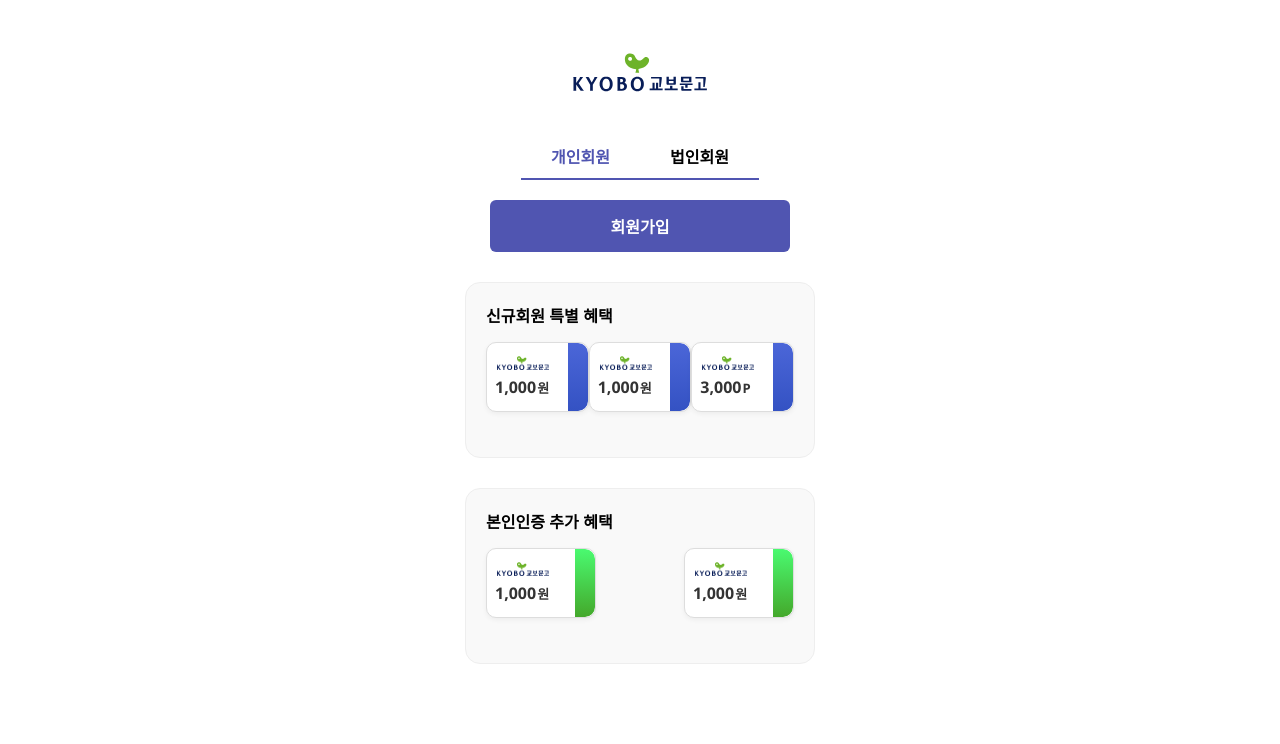
Repository: Yundanbi/Kyobo
Page: kyobo/src/main/webapp/sign up.html
The author's editor kept a copy of each file at every save. The page is drawn from the files as they stood at one save, then again after the next save.
The browser window is 1280 px wide. The pictures show the whole page.

Above is the page before, as saved 2025-06-16 00:57:50.

After the next save:
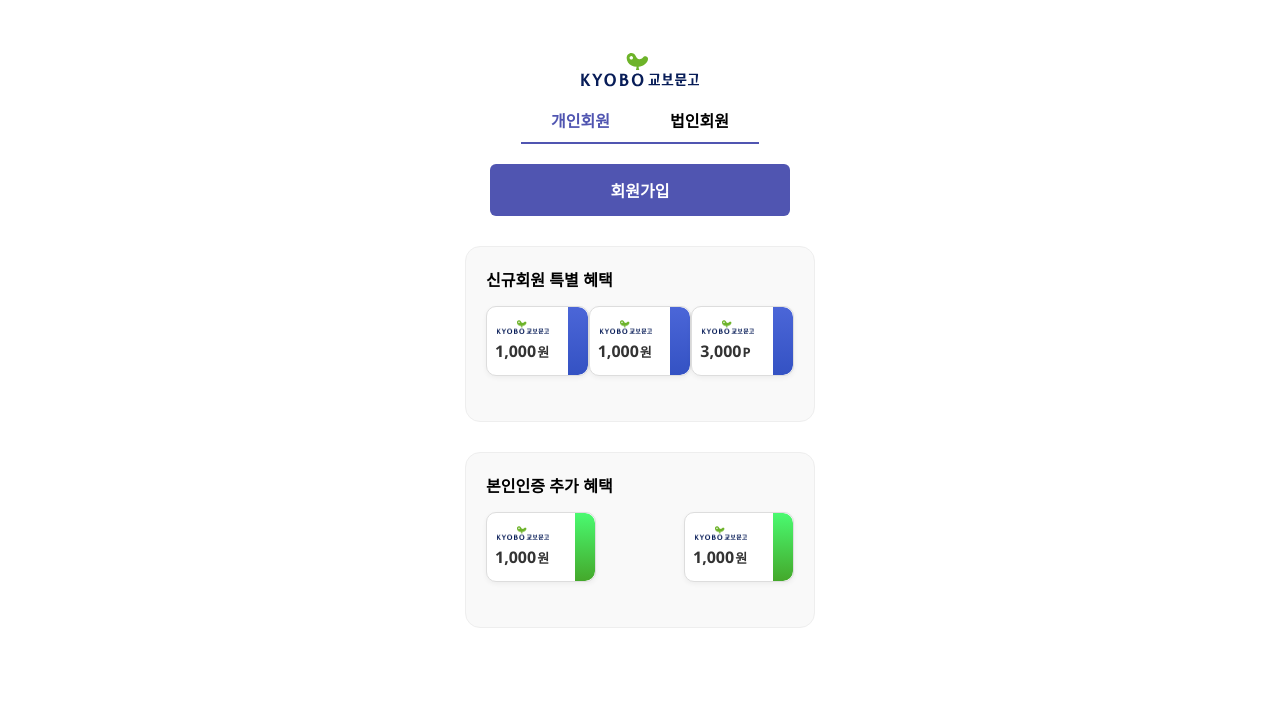
Saved 82 min 34 s later.
--- a/kyobo/src/main/webapp/sign up.html
+++ b/kyobo/src/main/webapp/sign up.html
@@ -161,9 +161,9 @@
     </style>
   </head>
   <body>
-    <div class="logo">
-      <img src="img/logo_book.svg" alt="교보문고 로고" />
-    </div>
+     <a href="index.html">
+        <img src="img/logo_book.svg" alt="교보문고 로고" />
+      </a>
 
     <div class="tab">
       <button class="active">개인회원</button>

After the save that followed:
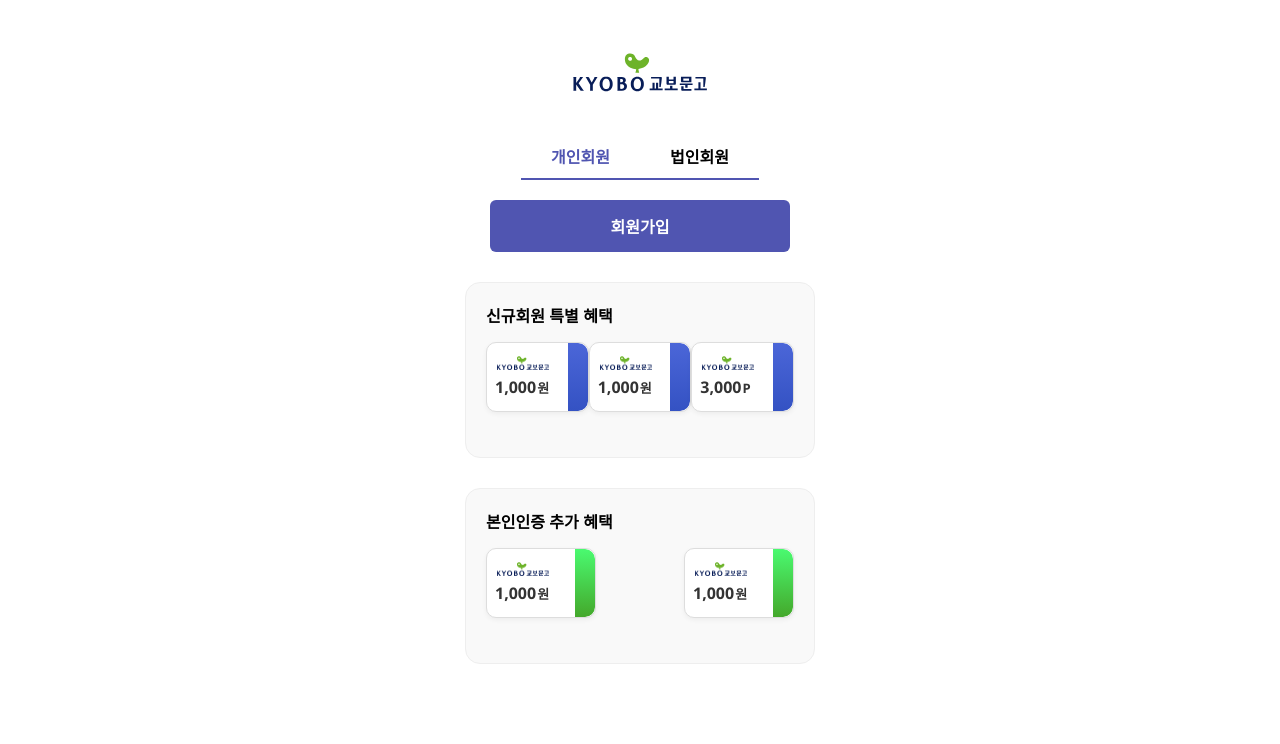
Saved 10 s later.
--- a/kyobo/src/main/webapp/sign up.html
+++ b/kyobo/src/main/webapp/sign up.html
@@ -161,9 +161,9 @@
     </style>
   </head>
   <body>
-     <a href="index.html">
-        <img src="img/logo_book.svg" alt="교보문고 로고" />
-      </a>
+    <div class="logo">
+      <img src="img/logo_book.svg" alt="교보문고 로고" />
+    </div>
 
     <div class="tab">
       <button class="active">개인회원</button>
